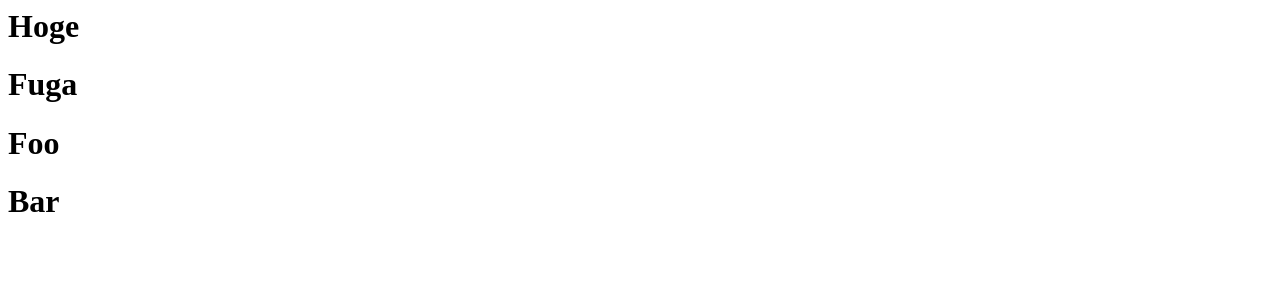
Repository: ag-fukuman/samurai_HTML-CSS
Page: about.html
The author's editor kept a record of every edit. The page is drawn from the files as they stood at one moment, then again after the next edit.
The browser window is 1280 px wide. The pictures show the whole page.

Above is the page before.

### about.html
<html lang="ja">
    <head>
        <style>
            .sort {
                display: flex;
                align-items: stretch;
                background-color: red;

            }
        </style>
    </head>
    <body>
        <div id="sort">
            <h1>Hoge</h1>
            <h1>Fuga</h1>
            <h1>Foo</h1>
            <h1>Bar</h1>
        </div>
    </body>
</html>

After the next edit:
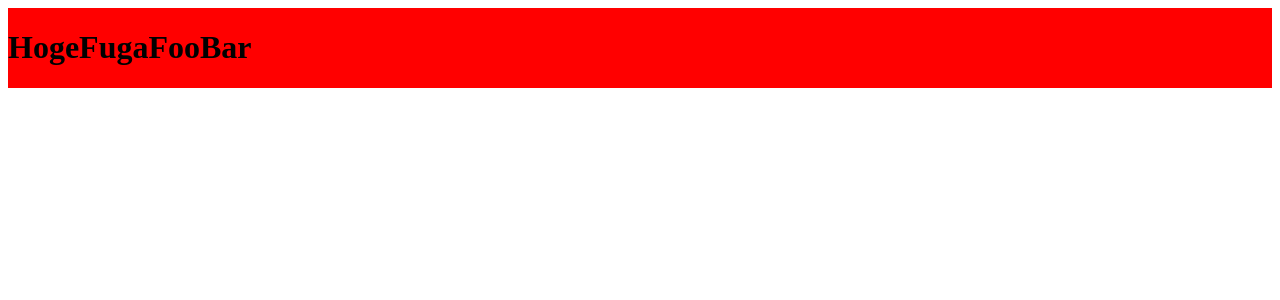
The edit:
--- a/about.html
+++ b/about.html
@@ -10,7 +10,7 @@
         </style>
     </head>
     <body>
-        <div id="sort">
+        <div class="sort">
             <h1>Hoge</h1>
             <h1>Fuga</h1>
             <h1>Foo</h1>
